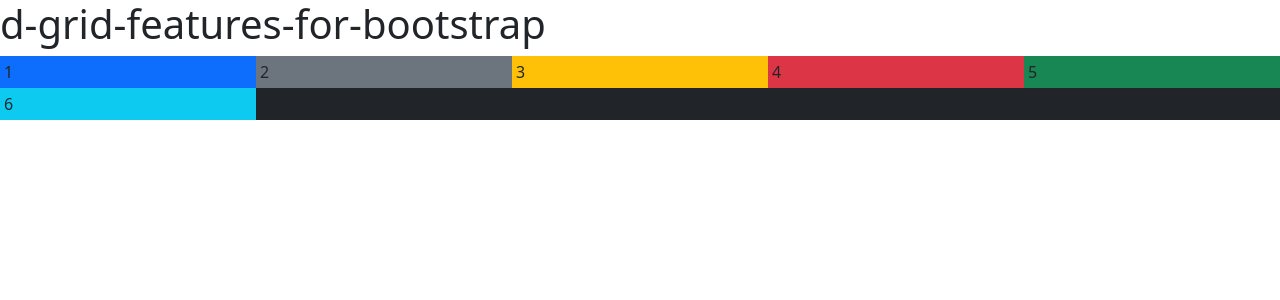
Repository: LynxPardelle/d-grid-features-for-bootstrap
Page: index.html
These files come from the project's save history. The page is drawn as it stood at one moment and after a run of saves; the edit follows.
The browser window is 1280 px wide. The pictures show the whole page.

Above is the page before, as saved 2021-10-20 04:26:22.

After the next 2 saves:
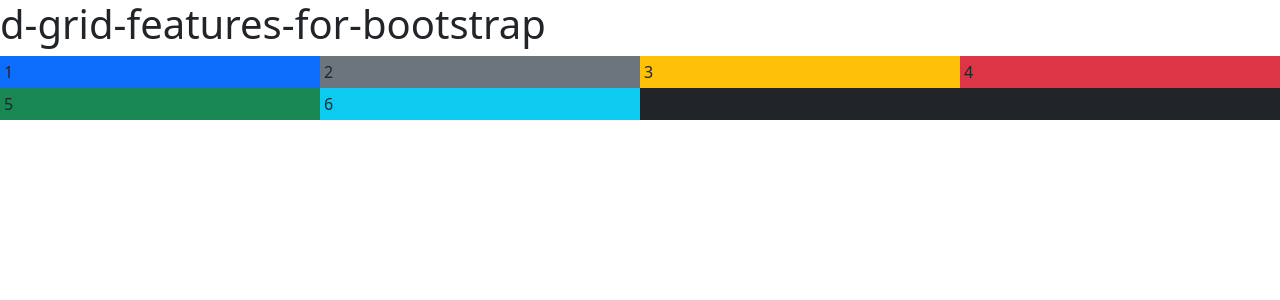
The 2 saves are shown as one change because they came seconds apart.
The last was saved 14 s later.
--- a/index.html
+++ b/index.html
@@ -10,7 +10,7 @@
 <body>
   <h1>d-grid-features-for-bootstrap</h1>
 
-  <section class="d-grid bg-dark" data-gfbs data-gfbs-gtc="repeat(5, 1fr)" data-gfbs-gtr="repeat(1, 1fr)" >
+  <section class="d-grid bg-dark" data-gfbs data-gfbs-gtc="repeat(4, 1fr)" data-gfbs-gtr="repeat(2, 1fr)" >
     <div class="grid-element bg-primary p-1">
       1
     </div>
